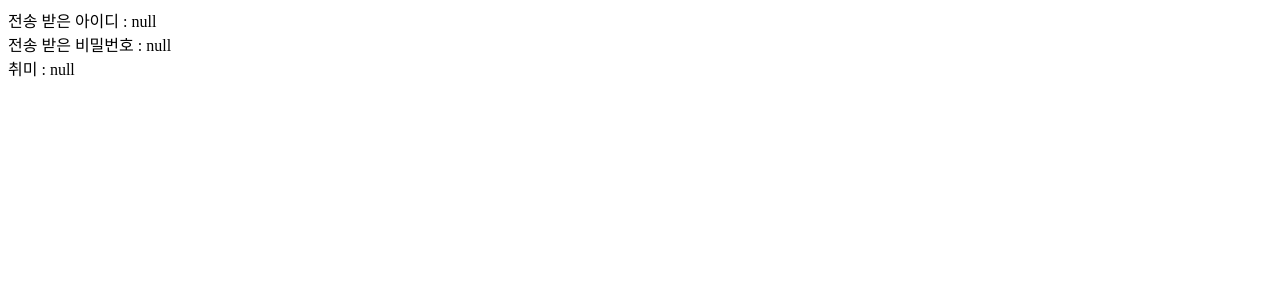
Repository: lee-ruru/jsp_practice
Page: http://localhost/JSPBasic/JspObject/1.requests/req_param_getpost.jsp
The author's editor kept a copy of each file at every save. The page is drawn from the files as they stood at one save, then again after the next save.
The browser window is 1280 px wide. The pictures show the whole page.
The page is served by Tomcat 9.

Above is the page before, as saved 2022-02-03 06:17:22.

After the next save:
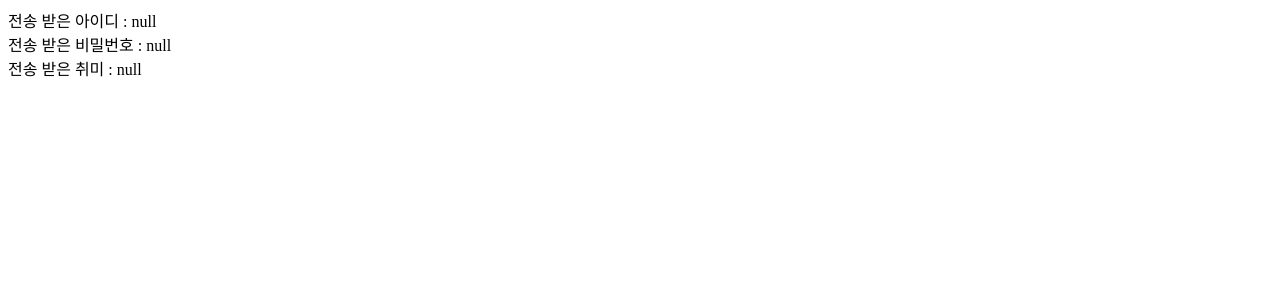
Saved 11 s later.
--- a/JSPBasic/src/main/webapp/JspObject/1.requests/req_param_getpost.jsp
+++ b/JSPBasic/src/main/webapp/JspObject/1.requests/req_param_getpost.jsp
@@ -20,7 +20,7 @@
 
 		전송 받은 아이디 : <%= id %><br/>
 		전송 받은 비밀번호 : <%= pw %><br/>
-		취미 : <%= hobby %>
+		전송 받은 취미 : <%= hobby %>
 
 
 
